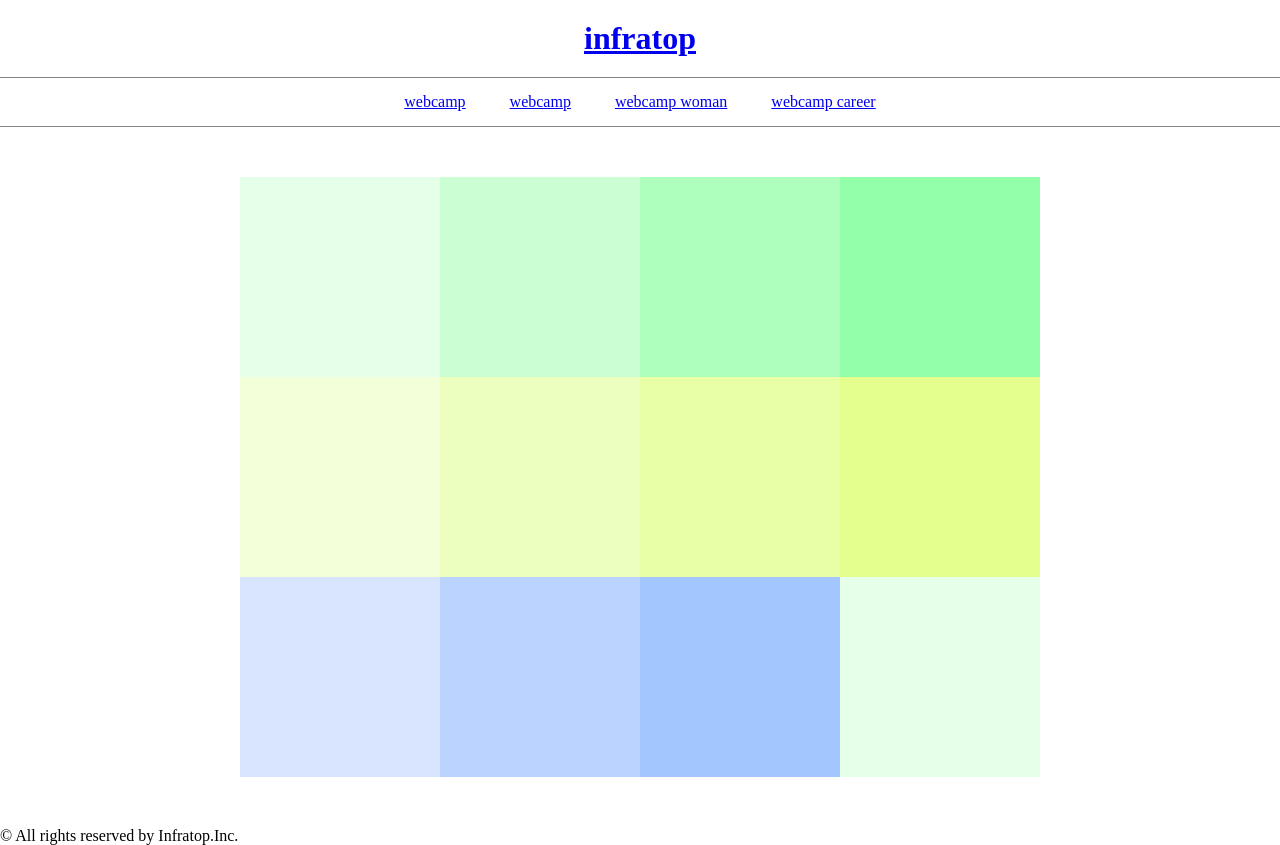
Repository: matuyama/dmm-webcamp
Page: chapter5/chapter5.html
The author's editor kept a record of every edit. The page is drawn from the files as they stood at one moment, then again after the next edit.
The browser window is 1280 px wide. The pictures show the whole page.

Above is the page before.

After the next edit:
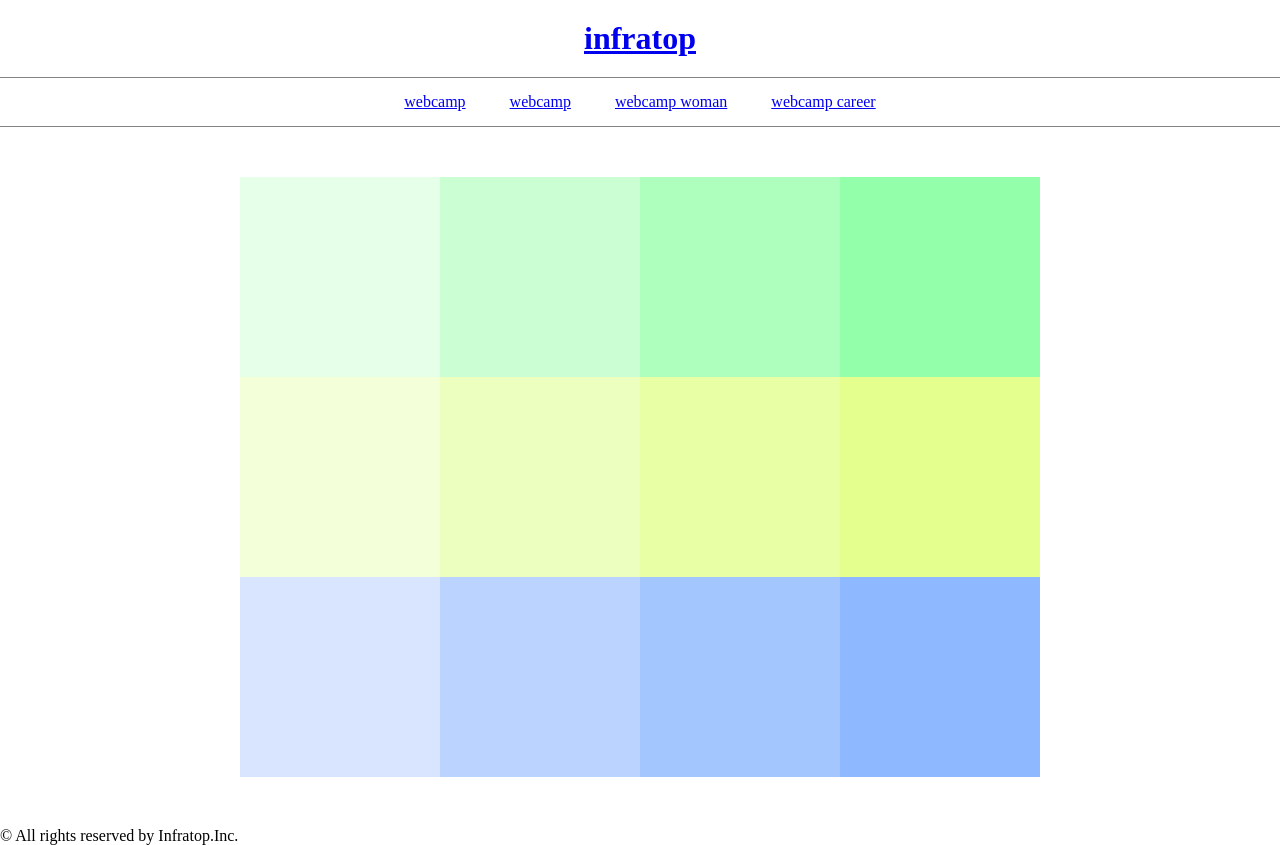
The edit:
--- a/chapter5/chapter5.css
+++ b/chapter5/chapter5.css
@@ -99,5 +99,5 @@
   .box12{
     width: 200px;
     height: 200px;
-    background-color: #e6ffe9;
+    background-color: #8eb8ff;
   }
